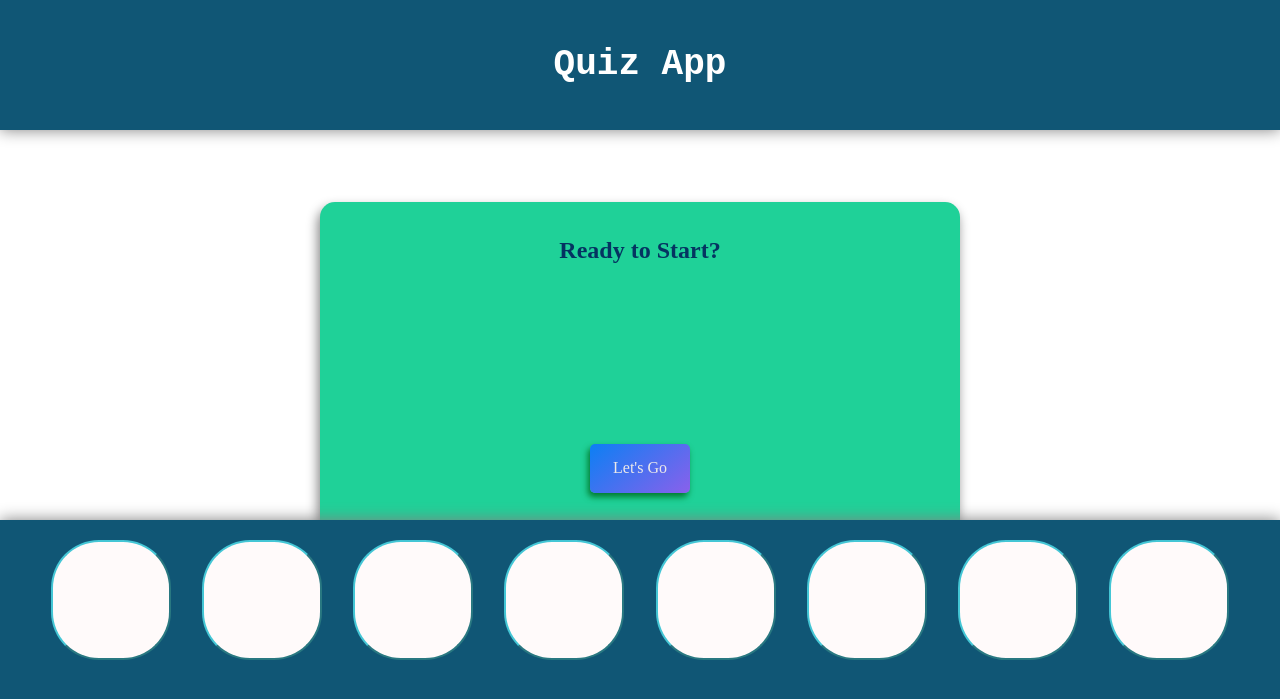
Repository: tpic12/quiz_app
Page: index.html
An editor plug-in stored every save of this project. The page is shown before and after the next save, followed by the edit.
The browser window is 1280 px wide. The pictures show the whole page.

Above is the page before, as saved 2019-12-28 11:59:29.

After the next save:
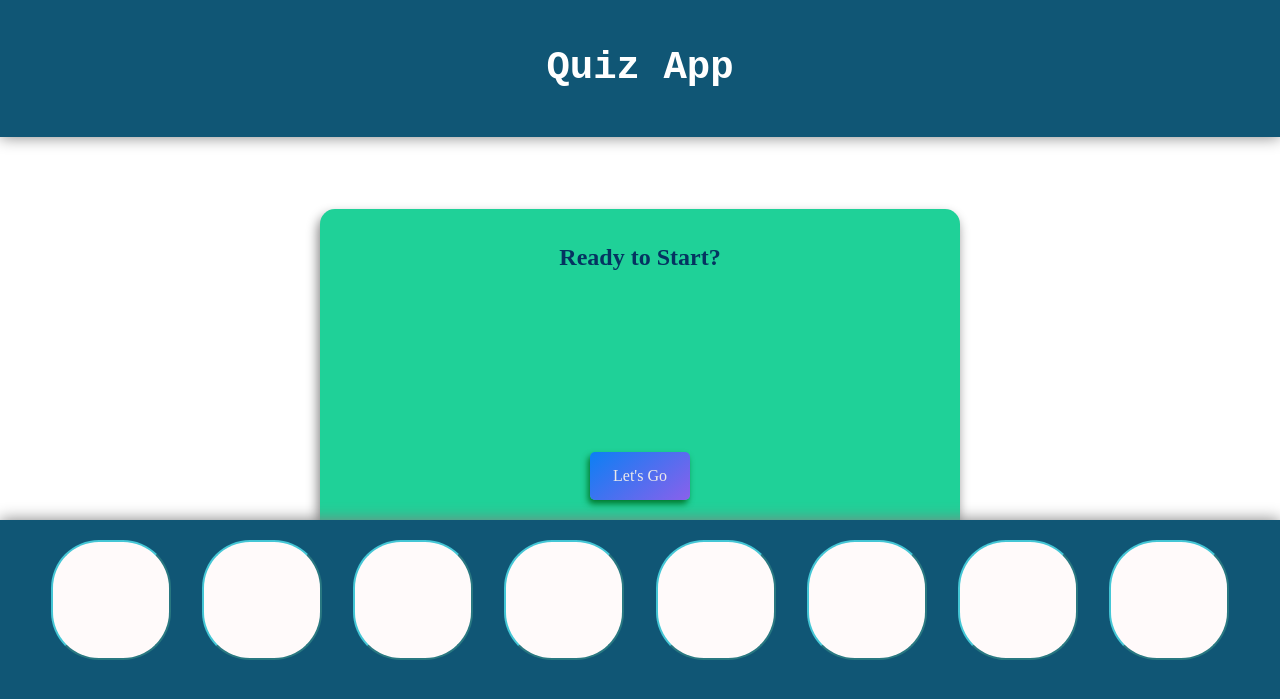
Saved 109 s later.
--- a/app.css
+++ b/app.css
@@ -13,7 +13,7 @@
 
 .banner h1 {
   font-family: monospace;
-  font-size: 36px;
+  font-size: 3em;
 }
 
 .banner,
